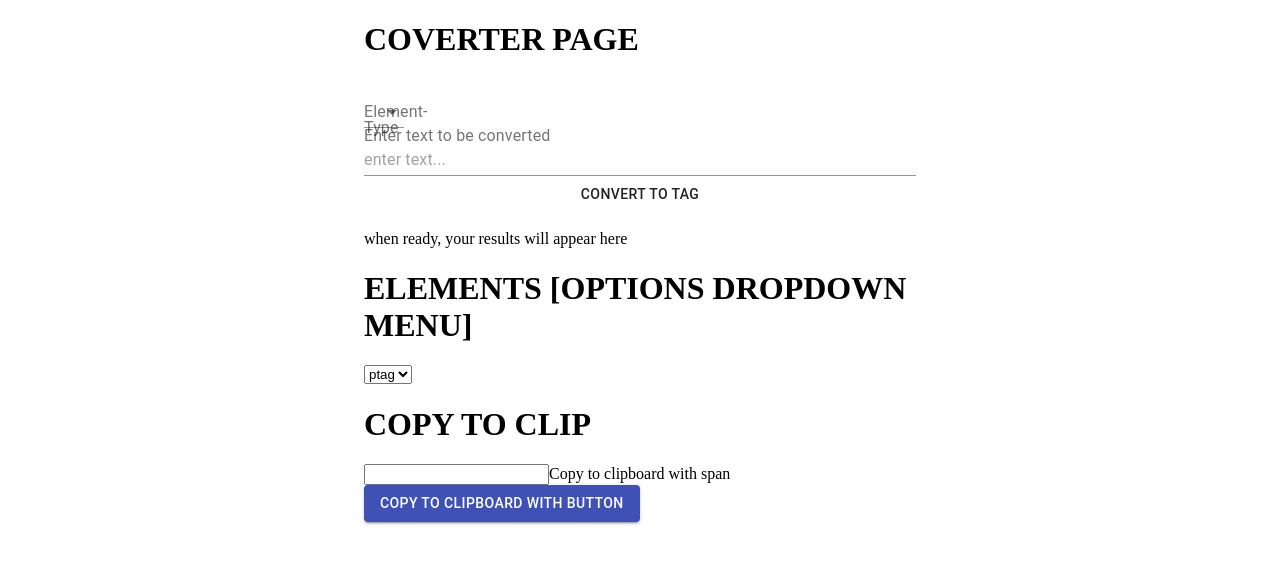
Repository: DevLuDaley/element-generator
Page: /
An editor plug-in stored every save of this project. The page is shown before and after the next save, followed by the edit.
The browser window is 1280 px wide. The pictures show the whole page.
The project was rebuilt for these pictures with package versions that can differ from the ones it lists, and the page was loaded fresh each time. Also part of the build but not shown: webpack.config.js.

Above is the page before, as saved 2020-12-23 19:07:45.

### public/index.html
<!-- ! index.html -->
<!DOCTYPE html>
<html lang="en">
<head>
    <meta charset="UTF-8">

    <meta  name="viewport"
  content="minimum-scale=1, initial-scale=1, width=device-width">
  <link rel="stylesheet" href="https://fonts.googleapis.com/icon?family=Material+Icons" />
    <title>React Element Generator</title>
</head>
<body>
    <div id="root"></div>
    <noscript>
        Please enable Javascript to view this site.
    </noscript>
    <script src="../dist/bundle.js"></script>
</body>
</html>

### src/index.js

import { render } from 'react-dom'
import React from 'react';
import ReactDOM from 'react-dom';
import { Provider } from 'react-redux'
import { BrowserRouter as Router } from 'react-router-dom';
// import reportWebVitals from './reportWebVitals';

import configureStore from './store/configureStore';
import App from './App';

const store = configureStore()

// render(
ReactDOM.render(
  <Provider store={store}>
    <Router>
        <React.StrictMode>
            <App/>
        </React.StrictMode>
    </Router>
  </Provider>,
  document.getElementById('root')
);

// if (module.hot) {
//    module.hot.accept('../dist/print.js', function() {
//      console.log('GREAT JOB LU!');
//      printMe();
//    })
//  }

// If you want to start measuring performance in your app, pass a function
// to log results (for example: reportWebVitals(console.log))
// or send to an analytics endpoint. Learn more: https://bit.ly/CRA-vitals
// reportWebVitals();

### src/store/configureStore.js
// import { createStore, applyMiddleware, compose, combineReducers } from 'redux'
import thunk from 'redux-thunk'

import { applyMiddleware, compose, createStore } from 'redux'
import thunkMiddleware from 'redux-thunk'
import { composeWithDevTools } from 'redux-devtools-extension'
// import mealsReducer from './mealsReducer'
import monitorReducersEnhancer from '../enhancers/monitorReducer'
import loggerMiddleware from '../middleware/logger'
import rootReducer from '../reducers/reducer'

export default function configureStore(preloadedState) {
  const middlewares = [loggerMiddleware, thunkMiddleware]
//   const middlewares = [loggerMiddleware, thunk]
  const middlewareEnhancer = applyMiddleware(...middlewares)

  const enhancers = [middlewareEnhancer, monitorReducersEnhancer]
//   const composedEnhancers = compose(...enhancers)
  const composedEnhancers = composeWithDevTools(...enhancers)

  const store = createStore(rootReducer, preloadedState, composedEnhancers)

  if (process.env.NODE_ENV !== 'production' && module.hot) {
    module.hot.accept('../reducers/reducer', () => store.replaceReducer(rootReducer))
  }

  return store
}

### src/App.js
import React, { Fragment} from 'react'
import '../public/App.css'
import MainContainer from './containers/MainContainer'

const App = () => {
    return (
            <Fragment>
                <section className="App">
                </section>
                <MainContainer/>
            </Fragment>
           );
}
export default App;

### src/reducers/reducer.js
import { combineReducers } from 'redux';
import converterReducer from './converterReducer'

const rootReducer = combineReducers({
  converterReducer
})

export default rootReducer

### src/containers/MainContainer.js
import React from 'react'
import ConverterPage from '../components/ConverterPage'
const MainContainer = () => {
    return (
        <div>
            <ConverterPage/>
        </div>
    )
}

export default MainContainer

### src/reducers/converterReducer.js
const intialState = {elements: []}

export default function loadRecipesReducer(state = intialState, action) {
// debugger
    switch (action.type) {
        case 'LOAD_ELEMENT':
            // const baseQuery = action.payload["results"][0]
            const baseQuery = action.payload
        // console.log('🚀 ~ line 11 ~ recipesReducer ~ baseQuery', baseQuery);

            return {elements: baseQuery}

        // case 'ADD_ELEMENT':
        //     let newRecipe = action.payload
        //     return {...state.loadRecipes, loadRecipes: state.recipes.concat(newRecipe)}

        default:
            // return {...state}
            return state
    }

}

### src/components/ConverterPage.js
import React, { Fragment, useState, useEffect }from 'react'
import Elements from '../components/Elements'
// import ElementsData from './ElementsData'
import elementsArray from './ElementsData'
import {CopyToClipboard} from 'react-copy-to-clipboard';
// import Button from '@material-ui/core/Button';
// import Box from '@material-ui/core/Box';
// import Container from '@material-ui/core/Container';
// import Grid from '@material-ui/core/Grid';
// import { Input } from '@material-ui/core/';
// import { Checkbox } from '@material-ui/core/';
import { Grid, Container, Box, FormControl, FormGroup, Modal, Input, InputLabel, Button, Checkbox, Select, MenuItem } from '@material-ui/core';
// import  from '@material-ui/core/InputLabel';


import CopyToClip from './CopyToClip'
// import PropTypes from 'prop-types'
// import {setState} from re
// var [name, setName] = useState()
// useEffect(() => {
        //         setState(props.meals);
        //     }, [props.meals]);
    const ConverterPage = () => {
    // var [name, setName] = useState("")
    // var [confirmed, setConfirmed] = useState(false)
    // // const [] = setState([])
    // const handleSubmit = (e) => {
    //     e.preventDefault();
    //     console.log('🚀 ~ file: ConverterPage.js ~ line 8 ~ onSubmit', name)

    var [name, setName] = useState("")
    var [confirmed, setConfirmed] = useState(false)
    const [type, setType] = useState('')
    const [value, setValue] = useState('')
    const [copied, setCopied] = useState(false)
    // const [options, setOptions] = useState(elementsArray)
    // const [] = setState([])

    // console.log(elementsArray)
    const handleSubmit = (e) => {
        e.preventDefault();
        setConfirmed(true)
        console.log('🚀 ~ file: ConverterPage.js ~ line 8 ~ onSubmit', "CLICKED")
    }
    return (
        <Fragment>
        <Container maxWidth="sm">
            <h1>COVERTER PAGE</h1>
            {/* <Box component="span" m={1} color="text.primary"> */}
            {/* <Box color="text.primary" clone></Box> */}
        <div>


 <FormControl >
        <InputLabel id="demo-simple-select-label">Element-Type</InputLabel>
        <Select
          labelId="demo-simple-select-label"
          id="demo-simple-select"
        //   value={1}
          onChange={handleSubmit}
        >
    {/* { elementsArray ?
        <p> WORDS </p>
        : "null"
    } */}


          <MenuItem >Ten</MenuItem>
          {/* <MenuItem value={10}>Ten</MenuItem> */}
          {/* <MenuItem value={20}>Twenty</MenuItem>
          <MenuItem value={30}>Thirty</MenuItem> */}
        </Select>
      </FormControl>


            <FormGroup id='convert-to-element-form' onSubmit={handleSubmit}>



                {/* <Checkbox type="text" name="pTag"
                // onClick={e => setName(e.target.value)}
                onClick={e => console.log(e.target)}

                /> */}

              <InputLabel> Enter text to be converted </InputLabel>
                <Input type="text" placeholder='enter text...' value={name} name="name" onChange={e => setName(e.target.value)}/>

                <Button onClick={handleSubmit} type="submit" variant="raised" color="primary">
                        Convert to Tag
                </Button>
              </FormGroup>

              {/* <Button variant="contained"
              color="primary"
              onClick={(e) => {console.log("value of e.target => ", e.target)}}
                            type="copy"> Copy Text to clipboard
              </Button> */}
              <br>
              </br>
              { confirmed ?
                    <section name={name}>
                    &lt;option&gt;
                    <br></br>
                    { name }
                    <br></br>
                    &lt;/option&gt;
                    </section>
                    :
                    <Box color="primary">

                    when ready, your results will appear here
                    </Box>
                           }
        </div>
        {/* </Box> */}
        <Elements/>
        {/* <ElementsData/> */}
        <CopyToClip/>
        {/* </Box> */}
        </Container>
        </Fragment>
    )
}


// const mapStateToProps = state => {
//     // console.log('state.loadRecipesReducer 1', state.loadRecipesReducer);
//     // console.log('state.loadRecipesReducer.loadedRecipes 2', state.loadRecipesReducer.loadedRecipes);
//     // const loadResults = state.loadRecipesReducer.loadedRecipes

//     // loadResults.map(load => load.title)
//     return(
//         {
//             // meals: state.loadRecipesReducer.meals,
//             name: state.name
//         }
//     )
// }

export default ConverterPage

### src/components/Elements.js
import React, {Fragment} from 'react'

const Elements = () => {
    const p = "&lt;"
    var pTags// = `&lt;/p&gt;`

    return (<Fragment>
    <h1>ELEMENTS [OPTIONS DROPDOWN MENU]</h1>

<select>
<option
    value="&lt;p&gt; &lt;/p&gt;"
>ptag
</option>

<option
value="&lt;H1&gt; &lt;/H1&gt;"
>H1
</option>

<option
value="&lt;H2&gt; &lt;/H2&gt;"
>H2
</option>

    &lt;H1&gt;
    &lt;/H1&gt;

    &lt;H2&gt;
    &lt;/H2&gt;

    &lt;H3&gt;
    &lt;/H3&gt;

    &lt;H4&gt;
    &lt;/H4&gt;

    &lt;H5&gt;
    &lt;/H5&gt;

    &lt;H6&gt;
    &lt;/H6&gt;
</select>

    {/* {p} */}

    </Fragment>)
}
export default Elements;

### src/components/CopyToClip.js
import React, { Fragment, Component, useState, useEffect }from 'react'
import Elements from './Elements'
import ElementsData from './ElementsData'
import {CopyToClipboard} from 'react-copy-to-clipboard';
import Button from '@material-ui/core/Button';


    class CopyToClip extends Component {
        constructor(props) {
            super(props);
            this.state = {
                name: "",
                confirmed:false,
                value:'',
                copied: false
              }
        }
        handleSubmit = (e) => {
        e.preventDefault();
        // setConfirmed(true)
        // console.log('🚀 ~ file: ConverterPage.js ~ line 8 ~ onSubmit', name)
    }
        render() {
            return(
    // const [] = setState([])
    <Fragment>
    <h1>COPY TO CLIP</h1>
            <div>
        <input value={this.state.value}
          onChange={({target: {value}}) => this.setState({value, copied: false})} />

        <CopyToClipboard text={this.state.value}
          onCopy={() => this.setState({copied: true})}>
          <span>Copy to clipboard with span</span>
        </CopyToClipboard>

        <CopyToClipboard text={this.state.value}
          onCopy={() => this.setState({copied: true})}>
          <Button variant="contained" color="primary">Copy to clipboard with button</Button>
        </CopyToClipboard>

        {this.state.copied ? <span style={{color: 'red'}}>Copied.</span> : null}
            </div>
        </Fragment>


        )
    }
}


// const mapStateToProps = state => {
//     // console.log('state.loadRecipesReducer 1', state.loadRecipesReducer);
//     // console.log('state.loadRecipesReducer.loadedRecipes 2', state.loadRecipesReducer.loadedRecipes);
//     // const loadResults = state.loadRecipesReducer.loadedRecipes

//     // loadResults.map(load => load.title)
//     return(
//         {
//             // meals: state.loadRecipesReducer.meals,
//             name: state.name
//         }
//     )
// }
export default CopyToClip

### src/components/ElementsData.js
import React, {Fragment, useState} from 'react'
// &lt;
// &gt;
const ElementData = () => {
const elementsArray =
[
// "&lt;abbr>&lt;/abbr&gt;",
{div: "<div> </div>"},
{span: "<span> </span>"},
{html: "<html> </html>"},
{head: "<head> </head>"},
{body: "<body> </body>"},
{ul: "<ul> </ul>"},
{ol: "<ol> </ol>"},
{lh: "<lh> </lh>"},
{li: "<li> </li>"},
{table: "<table> </table>"},

{title: "<title> </title>"},
{thead: "<thead> </thead>"},

{tbody: "<tbody> </tbody>"},
{tr: "<tr> </tr>"},
{th: "<th> </th>"},
{pre: "<pre> </pre>"},
{p: "<p> </p>"},
{nav: "<nav> </nav>"},
{main: "<main> </main>"},
{header: "<header> </header>"},
{h1: "<h1> </h1>"},
{h2: "<h2> </h2>"},
{h3: "<h3> </h3>"},
{h4: "<h4> </h4>"},
{h5: "<h5> </h5>"},
{h6: "<h6> </h6>"},
{footer: "<footer> </footer>"},
{i: "<i> </i>"},
{b: "<b> </b>"},
{u: "<u> </u>"},
{q: "<q> </q>"}
]

// const wordSplit = elementsArray[1].split(" ")
const wordSplit = elementsArray //.split(" ")
// const [startTag, endTag] =  wordSplit
console.log("wordSplit", wordSplit)
console.log("wordSplit[0]", wordSplit[0]["div"])
return (
    <Fragment>
    <h1>ELEMENTS DATA</h1>
        {/* {elementsArray[1]} */}
        {/* {wordSplit[0]} text that needs to be divd
        {" " + wordSplit[1]} */}
        {/* {wordSplit} */}
        {/* {startTag + " "}
        things
        {" " + endTag} */}
    </Fragment>  );
}
export default ElementData;

Loaded but not shown: src/enhancers/monitorReducer.js (common file); src/middleware/logger.js (common file); public/App.css (common file)

After the next save:
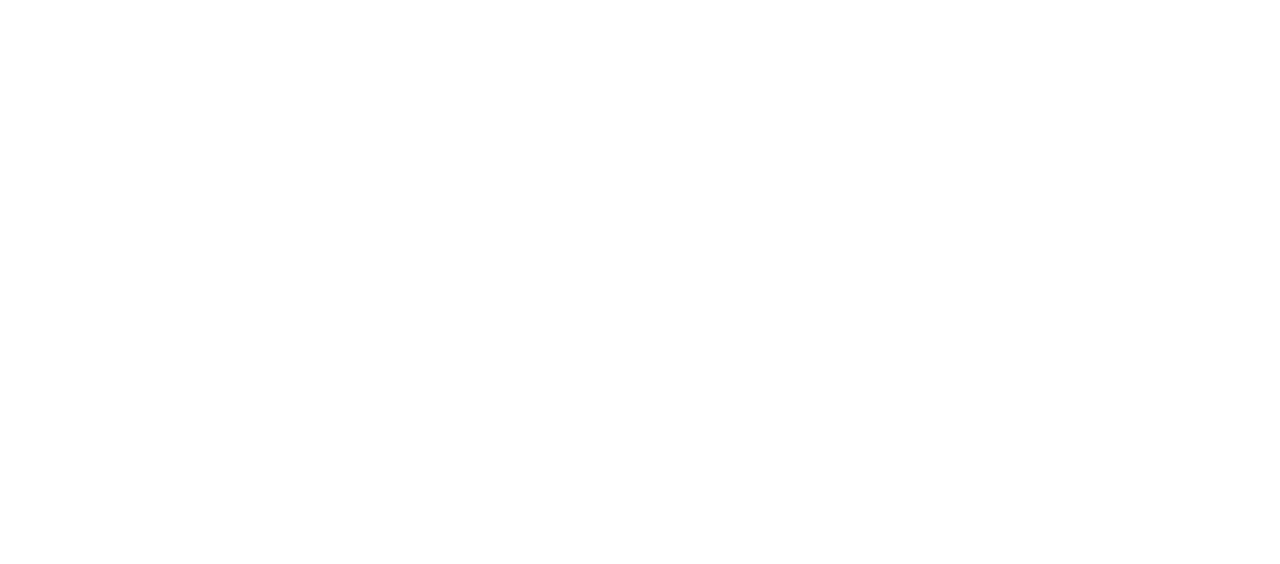
Console error: ReferenceError: elementsArray is not defined
Saved 2 s later.
--- a/src/components/ElementsData.js
+++ b/src/components/ElementsData.js
@@ -57,4 +57,4 @@
         {" " + endTag} */}
     </Fragment>  );
 }
-export default ElementData;
+export default elementsArray;

After the save that followed:
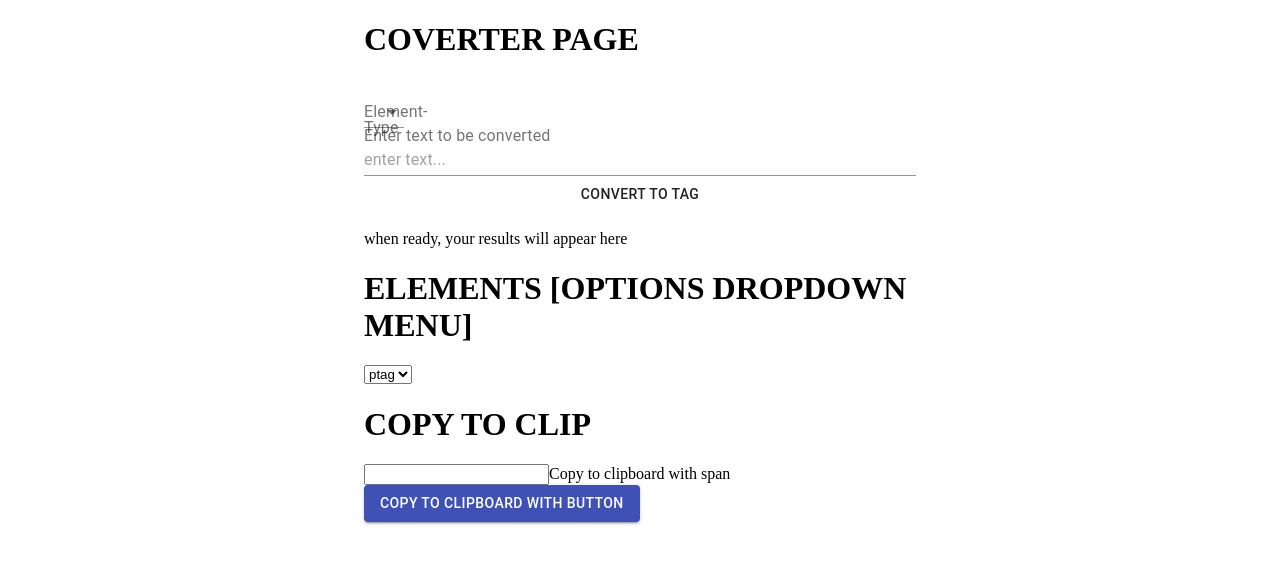
The error is gone.
Saved 19 s later.
--- a/src/components/ElementsData.js
+++ b/src/components/ElementsData.js
@@ -57,4 +57,4 @@
         {" " + endTag} */}
     </Fragment>  );
 }
-export default elementsArray;
+export default ElementData;
